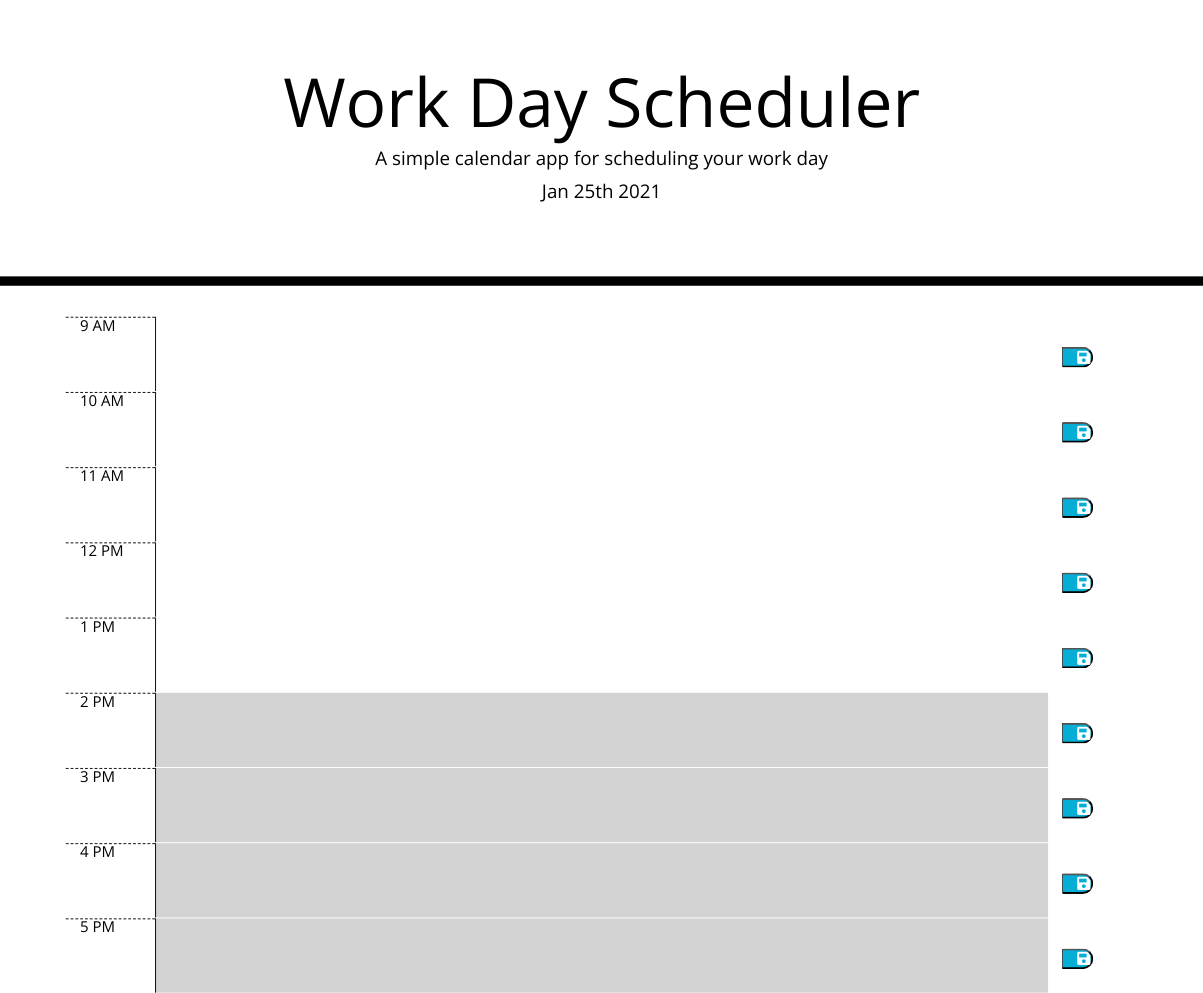
Repository: UPye/workDayScheduler
Page: index.html
The author's editor kept a copy of each file at every save. The page is drawn from the files as they stood at one save, then again after a run of saves.
The browser window is 1280 px wide. The pictures show the whole page, at 94% of full size.
Some web libraries are served in a nearby version.

Above is the page before, as saved 2021-01-25 21:36:35.

After the next 2 saves:
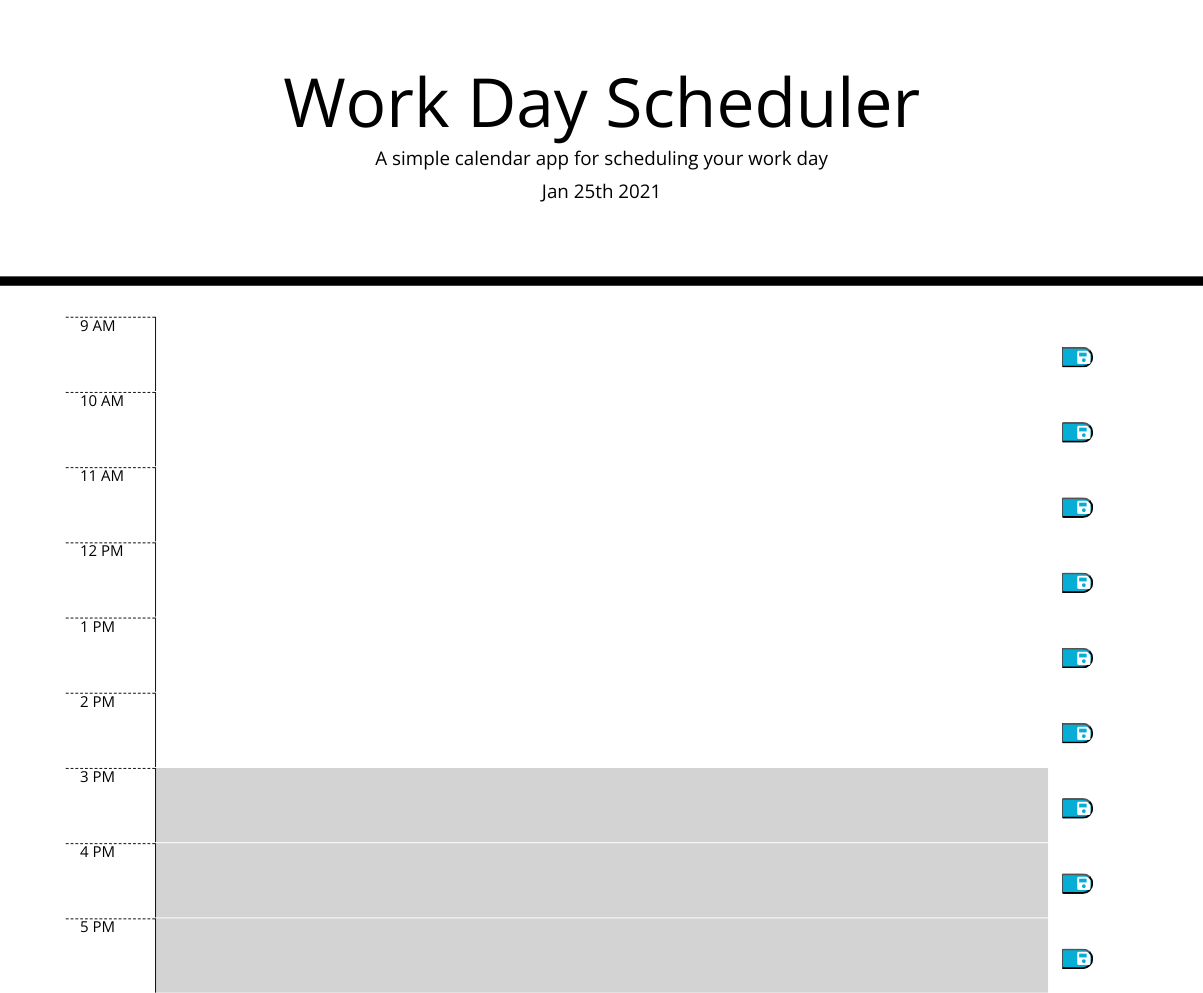
The 2 saves are shown as one change because they came seconds apart.
The last was saved 13 s later.
--- a/index.html
+++ b/index.html
@@ -68,7 +68,7 @@
       </section>
       <section class="row timeblocks">
         <div class="col-1 hour">2 PM</div>
-        <textarea id="2pm hour-2" class="task col-10" placeholder="" autocomplete="off"></textarea>
+        <textarea id="hour-2" class="task col-10" placeholder="" autocomplete="off"></textarea>
         <div class="col-1 save">
           <button type="button" id="save-2" data-id="2" class="saveBtn col-1"><i class="fas fa-save"></i></button>
         </div>
